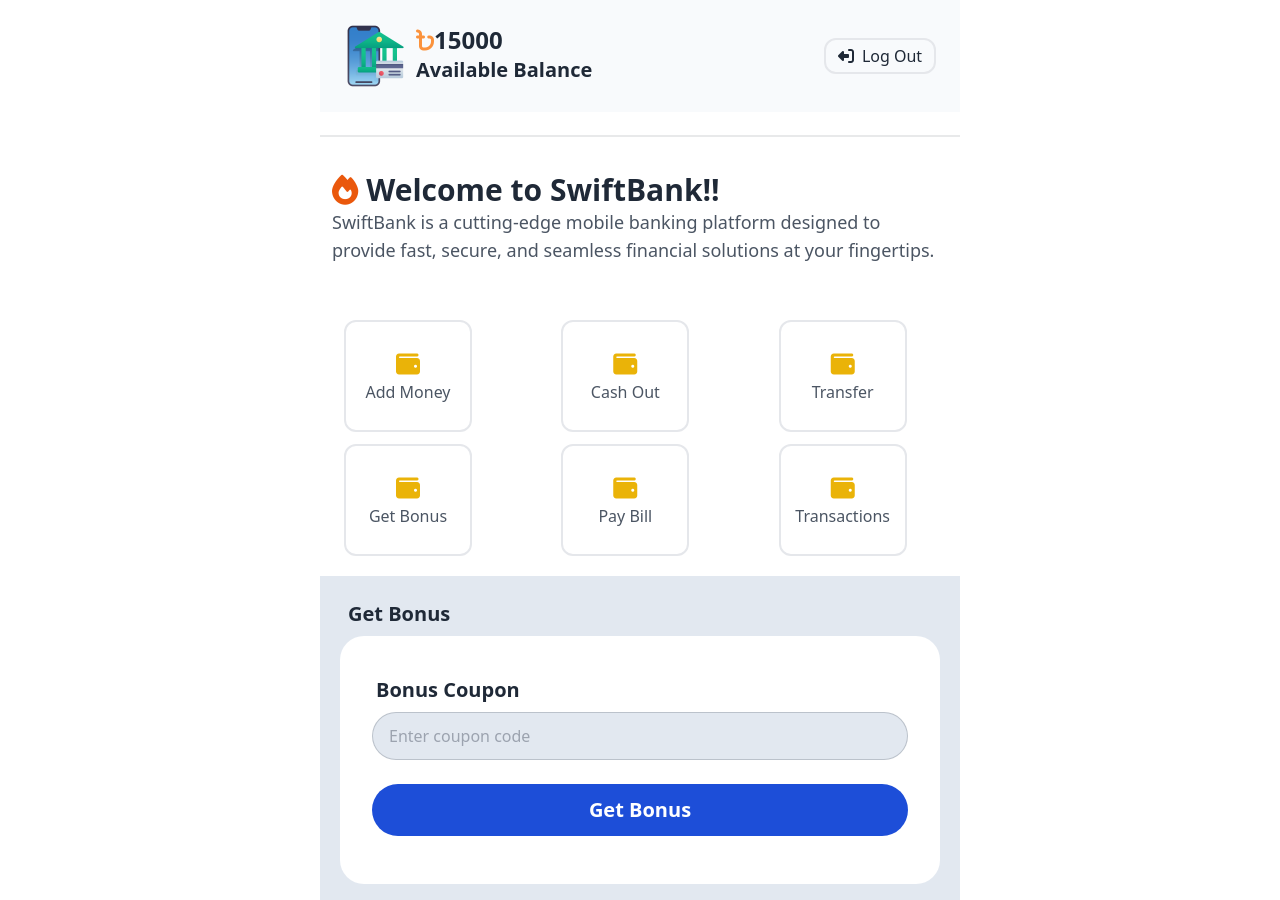
Repository: mukaddam-coder/swift-bank-mobile-banking
Page: home.html
An editor plug-in stored every save of this project. The page is shown before and after the next save, followed by the edit.
The browser window is 1280 px wide. The pictures show the whole page.
Some web libraries are served in a nearby version.

Above is the page before, as saved 2024-12-14 02:51:41.

After the next save:
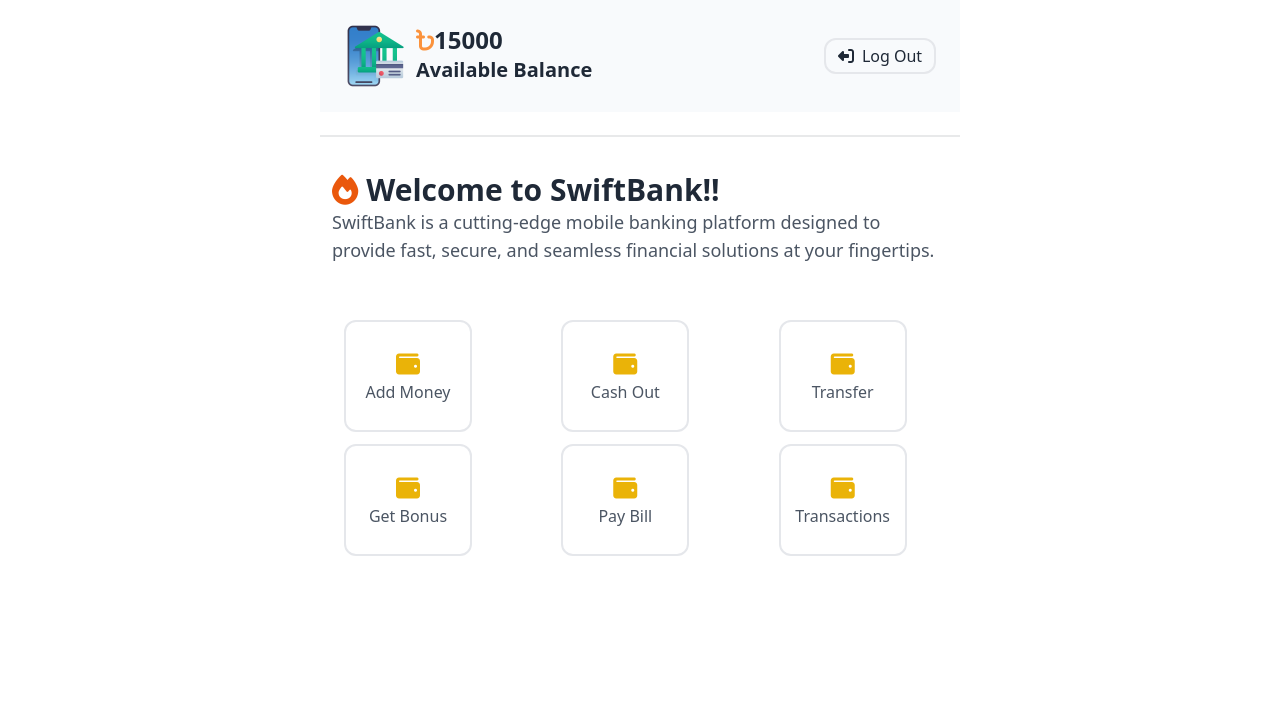
Saved 50 s later.
--- a/home.html
+++ b/home.html
@@ -203,7 +203,7 @@
      <!-- Money Transfer Section End -->
 
      <!-- Get Bonus Section Start -->
-     <section id ="get-bonus-section" class="w-1/2 mx-auto px-5 py-4 bg-slate-200">
+     <section id ="get-bonus-section" class="hidden w-1/2 mx-auto px-5 py-4 bg-slate-200">
       <h2 class="p-2 font-bold text-xl">Get Bonus</h2>
       <form class="card-body bg-white rounded-3xl">
           <div class="form-control mb-4">
